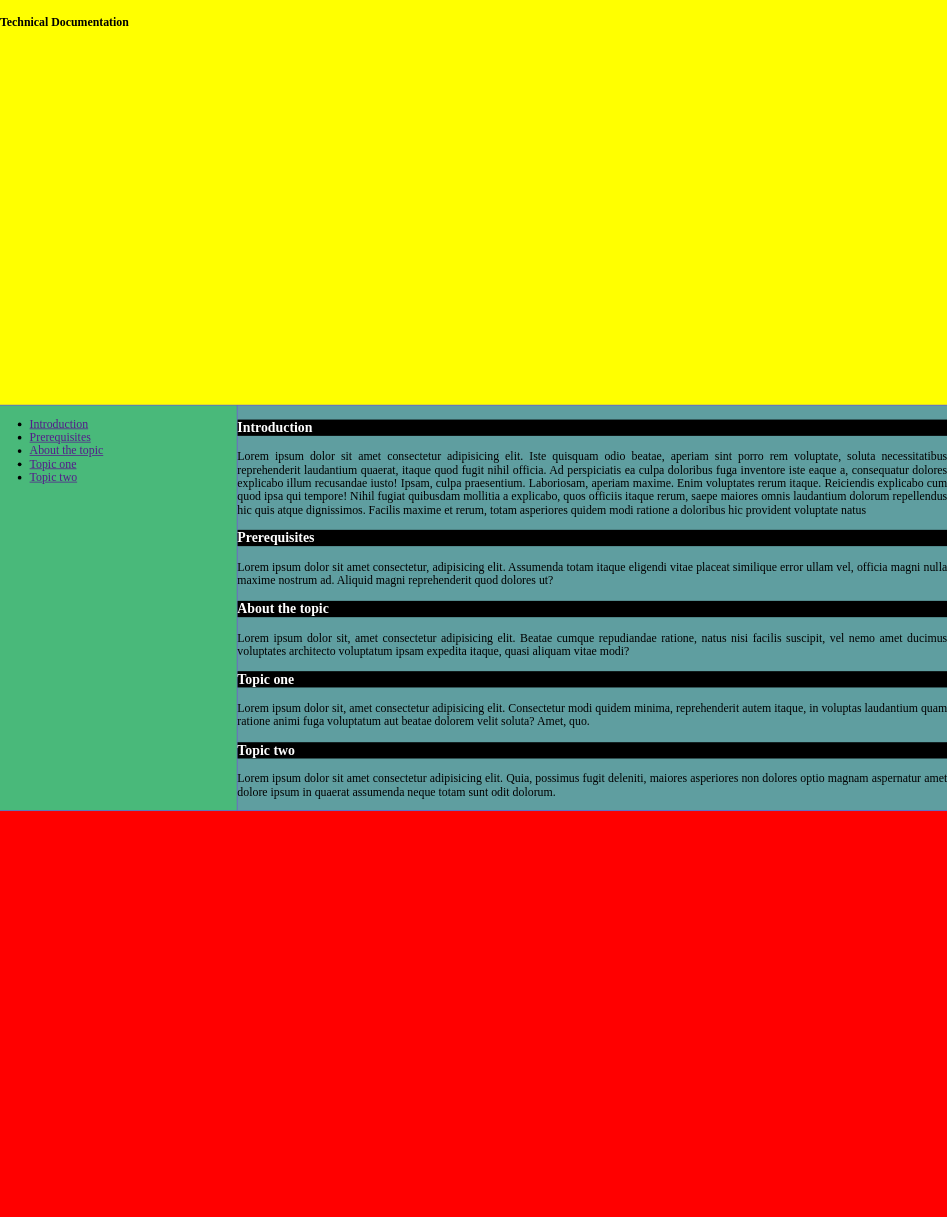
Repository: JoaoLemesDEV/Excercise-Tech-Documentation-Page
Page: index.html
These files come from the project's save history. The page is drawn as it stood at one moment and after a run of saves; the edit follows.
The browser window is 1280 px wide. The pictures show the whole page, at 74% of full size.

Above is the page before, as saved 2021-10-03 22:09:36.

### index.html
<!DOCTYPE html>
<html lang="en">
  <head>
    <meta charset="UTF-8" />
    <meta http-equiv="X-UA-Compatible" content="IE=edge" />
    <meta name="viewport" content="width=device-width, initial-scale=1.0" />
    <title>Technical Documentaion</title>
    <link rel="stylesheet" href="index.css" />
  </head>
  <body>
    <div class="wrapper">
      <header><h4>Technical Documentation</h4></header>
      <aside>
        <nav>
          <ul>
            <li><a href="">Introduction</a></li>
            <li><a href="">Prerequisites</a></li>
            <li><a href="">About the topic</a></li>
            <li><a href="">Topic one</a></li>
            <li><a href="">Topic two</a></li>
          </ul>
        </nav>
      </aside>
      <main>
        <section id="introduction">
          <h3 style="background: black; color: white">Introduction</h3>
          <p>
            Lorem ipsum dolor sit amet consectetur adipisicing elit. Iste
            quisquam odio beatae, aperiam sint porro rem voluptate, soluta
            necessitatibus reprehenderit laudantium quaerat, itaque quod fugit
            nihil officia. Ad perspiciatis ea culpa doloribus fuga inventore
            iste eaque a, consequatur dolores explicabo illum recusandae iusto!
            Ipsam, culpa praesentium. Laboriosam, aperiam maxime. Enim
            voluptates rerum itaque. Reiciendis explicabo cum quod ipsa qui
            tempore! Nihil fugiat quibusdam mollitia a explicabo, quos officiis
            itaque rerum, saepe maiores omnis laudantium dolorum repellendus hic
            quis atque dignissimos. Facilis maxime et rerum, totam asperiores
            quidem modi ratione a doloribus hic provident voluptate natus
          </p>
        </section>
        <section id="Prerequisites">
          <h3 style="background: black; color: white">Prerequisites</h3>
          <p>
            Lorem ipsum dolor sit amet consectetur, adipisicing elit. Assumenda
            totam itaque eligendi vitae placeat similique error ullam vel,
            officia magni nulla maxime nostrum ad. Aliquid magni reprehenderit
            quod dolores ut?
          </p>
        </section>
        <section id="about the topic">
          <h3 style="background: black; color: white">About the topic</h3>
          <p>
            Lorem ipsum dolor sit, amet consectetur adipisicing elit. Beatae
            cumque repudiandae ratione, natus nisi facilis suscipit, vel nemo
            amet ducimus voluptates architecto voluptatum ipsam expedita itaque,
            quasi aliquam vitae modi?
          </p>
        </section>
        <section id="topic one">
          <h3 style="background: black; color: white">Topic one</h3>
          <p>
            Lorem ipsum dolor sit, amet consectetur adipisicing elit.
            Consectetur modi quidem minima, reprehenderit autem itaque, in
            voluptas laudantium quam ratione animi fuga voluptatum aut beatae
            dolorem velit soluta? Amet, quo.
          </p>
        </section>
        <section id="topic two">
          <h3 style="background: black; color: white">Topic two</h3>
          <p>
            Lorem ipsum dolor sit amet consectetur adipisicing elit. Quia,
            possimus fugit deleniti, maiores asperiores non dolores optio magnam
            aspernatur amet dolore ipsum in quaerat assumenda neque totam sunt
            odit dolorum.
          </p>
        </section>
      </main>
      <footer></footer>
    </div>
  </body>
</html>

### index.css
html body {
  margin: 0;
  padding: 0;
  box-sizing: border-box;
  background-color: slateblue;
}
.wrapper {
  display: grid;
  grid-template-columns: 1fr 3fr;
  grid-template-rows: 1fr 1fr 1fr;
  grid-gap: 1px 1px;
  grid-template-areas: "h h" "a m" "f f";
}

header {
  background-color: yellow;
  grid-area: h;
}

aside {
  background-color: rgb(73, 185, 122);
  grid-area:a;
}

main {
  background-color: cadetblue;
  text-align: justify;
  grid-area: m;
}

footer {
  background-color: red;
  grid-area: f;
}

After the next 2 saves:
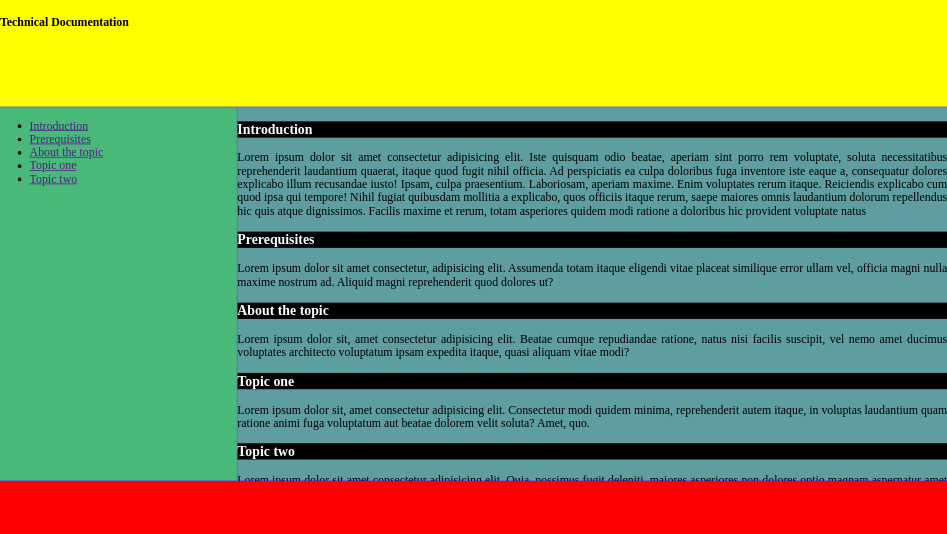
The 2 saves are shown as one change because they came seconds apart.
The last was saved 9 s later.
--- a/index.css
+++ b/index.css
@@ -7,7 +7,7 @@ html body {
 .wrapper {
   display: grid;
   grid-template-columns: 1fr 3fr;
-  grid-template-rows: 1fr 1fr 1fr;
+  grid-template-rows: 20vh 70vh 10vh;
   grid-gap: 1px 1px;
   grid-template-areas: "h h" "a m" "f f";
 }
